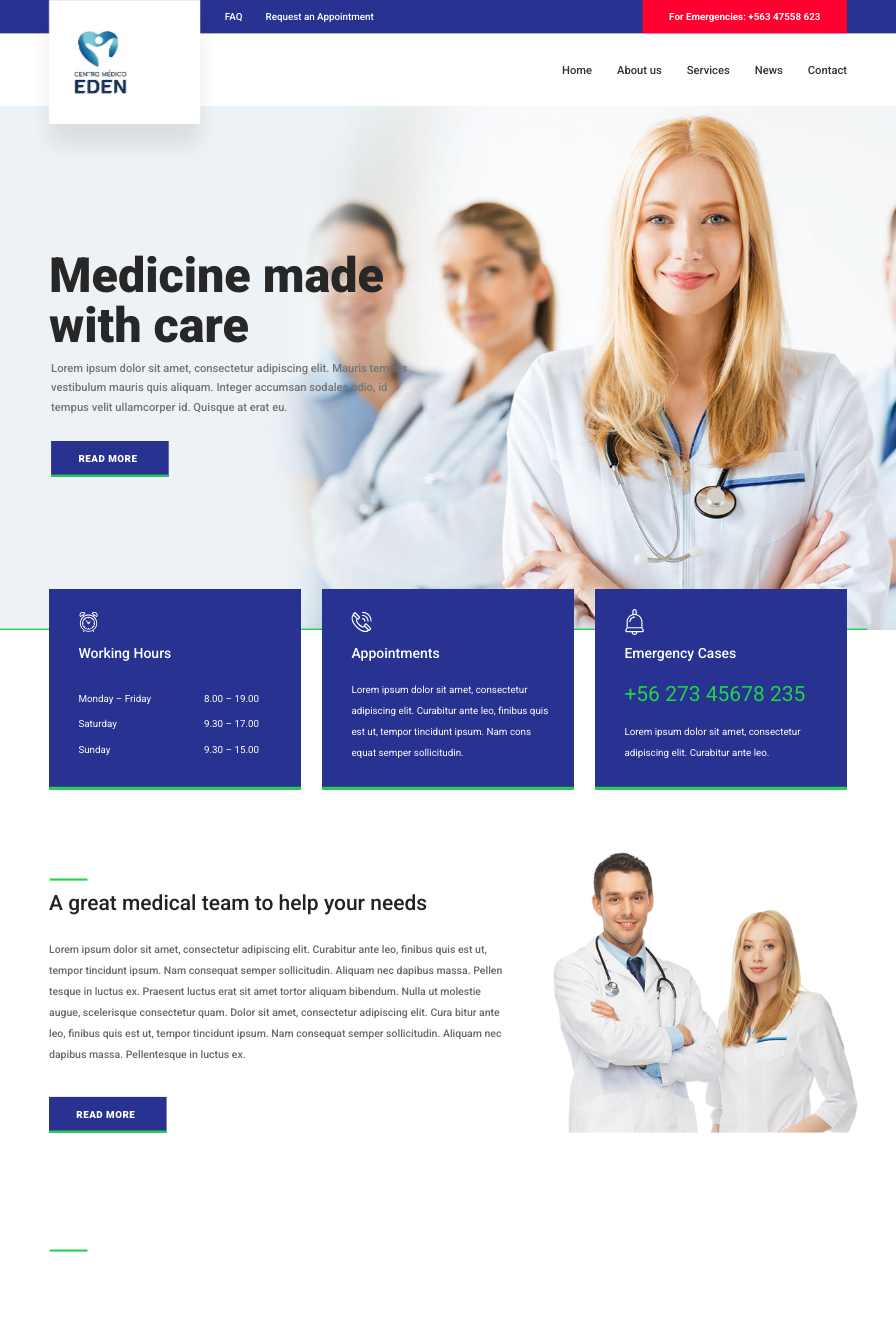
Repository: Nanitamo/centro-medico-eden-webpage
Page: index.html
The author's editor kept a copy of each file at every save. The page is drawn from the files as they stood at one save, then again after the next save.
The browser window is 1280 px wide. The pictures show the part of the page from y = 0 to 1920 px (the page is 4535 px tall), at 70% of full size.

Above is the page before, as saved 2020-06-18 12:56:52.

### index.html
<!DOCTYPE html>
<html lang="en">
<head>
<title>CareMed</title>
<meta charset="utf-8">
<meta http-equiv="X-UA-Compatible" content="IE=edge">
<meta name="description" content="CareMed demo project">
<meta name="viewport" content="width=device-width, initial-scale=1">
<link rel="stylesheet" type="text/css" href="styles/bootstrap4/bootstrap.min.css">
<link href="plugins/font-awesome-4.7.0/css/font-awesome.min.css" rel="stylesheet" type="text/css">
<link rel="stylesheet" type="text/css" href="plugins/OwlCarousel2-2.2.1/owl.carousel.css">
<link rel="stylesheet" type="text/css" href="plugins/OwlCarousel2-2.2.1/owl.theme.default.css">
<link rel="stylesheet" type="text/css" href="plugins/OwlCarousel2-2.2.1/animate.css">
<link rel="stylesheet" type="text/css" href="styles/main_styles.css">
<link rel="stylesheet" type="text/css" href="styles/responsive.css">
</head>
<body>

<div class="super_container">

	<!-- Header -->

	<header class="header trans_200">

		<!-- Top Bar -->
		<div class="top_bar">
			<div class="container">
				<div class="row">
					<div class="col">
						<div class="top_bar_content d-flex flex-row align-items-center justify-content-start">
							<div class="top_bar_item"><a href="#">FAQ</a></div>
							<div class="top_bar_item"><a href="#">Request an Appointment</a></div>
							<div class="emergencies  d-flex flex-row align-items-center justify-content-start ml-auto">For Emergencies: +563 47558 623</div>
						</div>

					</div>
				</div>
			</div>
		</div>

		<!-- Header Content -->
		<div class="header_container">
			<div class="container">
				<div class="row">
					<div class="col">
						<div class="header_content d-flex flex-row align-items-center justify-content-start">
							<nav class="main_nav ml-auto">
								<ul>
									<li><a href="index.html">Home</a></li>
									<li><a href="about.html">About us</a></li>
									<li><a href="services.html">Services</a></li>
									<li><a href="news.html">News</a></li>
									<li><a href="contact.html">Contact</a></li>
								</ul>
							</nav>
							<div class="hamburger ml-auto"><i class="fa fa-bars" aria-hidden="true"></i></div>
						</div>
					</div>
				</div>
			</div>
		</div>

		<!-- Logo -->
		<div class="logo_container_outer">
			<div class="container">
				<div class="row">
					<div class="col">
						<div class="logo_container">
							<a href="#">
								<div class="logo_content d-flex flex-column align-items-start justify-content-center">
									<!-- <div class="logo_line"></div>
									<div class="logo d-flex flex-row align-items-center justify-content-center">
										<div class="logo_text">Care<span>Med</span></div>
										<div class="logo_box">+</div>
									</div>
									<div class="logo_sub">Health Care Center</div> -->
									<img src="./images/logo.jpg" alt="Logotipo" width ="75">
								</div>
							</a>
						</div>
					</div>
				</div>
			</div>
		</div>

	</header>

	<!-- Menu -->

	<div class="menu_container menu_mm">

		<!-- Menu Close Button -->
		<div class="menu_close_container">
			<div class="menu_close"></div>
		</div>

		<!-- Menu Items -->
		<div class="menu_inner menu_mm">
			<div class="menu menu_mm">
				<ul class="menu_list menu_mm">
					<li class="menu_item menu_mm"><a href="index.html">Home</a></li>
					<li class="menu_item menu_mm"><a href="about.html">About us</a></li>
					<li class="menu_item menu_mm"><a href="services.html">Services</a></li>
					<li class="menu_item menu_mm"><a href="news.html">News</a></li>
					<li class="menu_item menu_mm"><a href="contact.html">Contact</a></li>
				</ul>
			</div>
			<div class="menu_extra">
				<div class="menu_appointment"><a href="#">Request an Appointment</a></div>
				<div class="menu_emergencies">For Emergencies: +563 47558 623</div>
			</div>

		</div>

	</div>

	<!-- Home -->

	<div class="home">
		<div class="home_slider_container">
			<!-- Home Slider -->
			<div class="owl-carousel owl-theme home_slider">

				<!-- Slider Item -->
				<div class="owl-item">
					<div class="home_slider_background" style="background-image:url(images/home_background_1.jpg)"></div>
					<div class="home_content">
						<div class="container">
							<div class="row">
								<div class="col">
									<div class="home_content_inner">
										<div class="home_title"><h1>Medicine made with care</h1></div>
										<div class="home_text">
											<p>Lorem ipsum dolor sit amet, consectetur adipiscing elit. Mauris tempus vestibulum mauris quis aliquam. Integer accumsan sodales odio, id tempus velit ullamcorper id. Quisque at erat eu.</p>
										</div>
										<div class="button home_button">
											<a href="#">read more</a>
										</div>
									</div>
								</div>
							</div>
						</div>
					</div>
				</div>

				<!-- Slider Item -->
				<div class="owl-item">
					<div class="home_slider_background" style="background-image:url(images/home_background_1.jpg)"></div>
					<div class="home_content">
						<div class="container">
							<div class="row">
								<div class="col">
									<div class="home_content_inner">
										<div class="home_title"><h1>Medicine made with care</h1></div>
										<div class="home_text">
											<p>Lorem ipsum dolor sit amet, consectetur adipiscing elit. Mauris tempus vestibulum mauris quis aliquam. Integer accumsan sodales odio, id tempus velit ullamcorper id. Quisque at erat eu.</p>
										</div>
										<div class="button home_button">
											<a href="#">read more</a>
										</div>
									</div>
								</div>
							</div>
						</div>
					</div>
				</div>

				<!-- Slider Item -->
				<div class="owl-item">
					<div class="home_slider_background" style="background-image:url(images/home_background_1.jpg)"></div>
					<div class="home_content">
						<div class="container">
							<div class="row">
								<div class="col">
									<div class="home_content_inner">
										<div class="home_title"><h1>Medicine made with care</h1></div>
										<div class="home_text">
											<p>Lorem ipsum dolor sit amet, consectetur adipiscing elit. Mauris tempus vestibulum mauris quis aliquam. Integer accumsan sodales odio, id tempus velit ullamcorper id. Quisque at erat eu.</p>
										</div>
										<div class="button home_button">
											<a href="#">read more</a>
										</div>
									</div>
								</div>
							</div>
						</div>
					</div>
				</div>

			</div>

			<!-- Slider Progress -->
			<div class="home_slider_progress"></div>
		</div>
	</div>

	<!-- 3 Boxes -->

	<div class="boxes">
		<div class="container">
			<div class="row">

				<!-- Box -->
				<div class="col-lg-4 box_col">
					<div class="box working_hours">
						<div class="box_icon d-flex flex-column align-items-start justify-content-center"><div style="width:29px; height:29px;"><img src="images/alarm-clock.svg" alt=""></div></div>
						<div class="box_title">Working Hours</div>
						<div class="working_hours_list">
							<ul>
								<li class="d-flex flex-row align-items-center justify-content-start">
									<div>Monday – Friday</div>
									<div class="ml-auto">8.00 – 19.00</div>
								</li>
								<li class="d-flex flex-row align-items-center justify-content-start">
									<div>Saturday</div>
									<div class="ml-auto">9.30 – 17.00</div>
								</li>
								<li class="d-flex flex-row align-items-center justify-content-start">
									<div>Sunday</div>
									<div class="ml-auto">9.30 – 15.00</div>
								</li>
							</ul>
						</div>
					</div>
				</div>

				<!-- Box -->
				<div class="col-lg-4 box_col">
					<div class="box box_appointments">
						<div class="box_icon d-flex flex-column align-items-start justify-content-center"><div style="width: 29px; height:29px;"><img src="images/phone-call.svg" alt=""></div></div>
						<div class="box_title">Appointments</div>
						<div class="box_text">Lorem ipsum dolor sit amet, consectetur adipiscing elit. Curabitur ante leo, finibus quis est ut, tempor tincidunt ipsum. Nam cons equat semper sollicitudin.</div>
					</div>
				</div>

				<!-- Box -->
				<div class="col-lg-4 box_col">
					<div class="box box_emergency">
						<div class="box_icon d-flex flex-column align-items-start justify-content-center"><div style="width: 37px; height:37px; margin-left:-4px;"><img src="images/bell.svg" alt=""></div></div>
						<div class="box_title">Emergency Cases</div>
						<div class="box_phone">+56 273 45678 235</div>
						<div class="box_emergency_text">Lorem ipsum dolor sit amet, consectetur adipiscing elit. Curabitur ante leo.</div>
					</div>
				</div>

			</div>
		</div>
	</div>

	<!-- About -->

	<div class="about">
		<div class="container">
			<div class="row row-lg-eq-height">

				<!-- About Content -->
				<div class="col-lg-7">
					<div class="about_content">
						<div class="section_title"><h2>A great medical team to help your needs</h2></div>
						<div class="about_text">
							<p>Lorem ipsum dolor sit amet, consectetur adipiscing elit. Curabitur ante leo, finibus quis est ut, tempor tincidunt ipsum. Nam consequat semper sollicitudin. Aliquam nec dapibus massa. Pellen tesque in luctus ex. Praesent luctus erat sit amet tortor aliquam bibendum. Nulla ut molestie augue, scelerisque consectetur quam. Dolor sit amet, consectetur adipiscing elit. Cura bitur ante leo, finibus quis est ut, tempor tincidunt ipsum. Nam consequat semper sollicitudin. Aliquam nec dapibus massa. Pellentesque in luctus ex.</p>
						</div>
						<div class="button about_button">
							<a href="#">read more</a>
						</div>
					</div>
				</div>

				<!-- About Image -->
				<div class="col-lg-5">
					<div class="about_image"><img src="images/about.png" alt=""></div>
				</div>
			</div>
		</div>
	</div>

	<!-- Departments -->

	<div class="departments">
		<div class="departments_background parallax-window" data-parallax="scroll" data-image-src="images/departments.jpg" data-speed="0.8"></div>
		<div class="container">
			<div class="row">
				<div class="col">
					<div class="section_title section_title_light"><h2>Our Medical Departments</h2></div>
				</div>
			</div>
			<div class="row departments_row row-md-eq-height">

				<!-- Department -->
				<div class="col-lg-3 col-md-6 dept_col">
					<div class="dept">
						<div class="dept_image"><img src="images/dept_1.jpg" alt=""></div>
						<div class="dept_content text-center">
							<div class="dept_title">plastic surgery</div>
							<div class="dept_subtitle">Dr. James Smith</div>
						</div>
					</div>
				</div>

				<!-- Department -->
				<div class="col-lg-3 col-md-6 dept_col">
					<div class="dept">
						<div class="dept_image"><img src="images/dept_2.jpg" alt=""></div>
						<div class="dept_content text-center">
							<div class="dept_title">gastroenterology</div>
							<div class="dept_subtitle">Dr. Gunter Roscoe</div>
						</div>
					</div>
				</div>

				<!-- Department -->
				<div class="col-lg-3 col-md-6 dept_col">
					<div class="dept">
						<div class="dept_image"><img src="images/dept_3.jpg" alt=""></div>
						<div class="dept_content text-center">
							<div class="dept_title">dentistry</div>
							<div class="dept_subtitle">Dr. Maria Williams</div>
						</div>
					</div>
				</div>

				<!-- Department -->
				<div class="col-lg-3 col-md-6 dept_col">
					<div class="dept">
						<div class="dept_text">
							<p>Lorem ipsum dolor sit amet, consectetur adipiscing elit. Curabitur ante leo, finibus quis est ut, tempor tincidunt ipsum. Nam consequat semper sollicitudin. Aliquam nec dap ibus massa. Pellen tesque in luctus ex.</p>
						</div>
						<div class="button dept_button"><a href="#">read more</a></div>
					</div>
				</div>
			</div>
		</div>
	</div>

	<!-- Services -->

	<div class="services">
		<div class="container">
			<div class="row">
				<div class="col">
					<div class="section_title"><h2>Our Featured Services</h2></div>
				</div>
			</div>
			<div class="row services_row">

				<!-- Service -->
				<div class="col-lg-4 col-md-6 service_col">
					<a href="services.html">
						<div class="service text-center trans_200">
							<div class="service_icon"><img class="svg" src="images/service_1.svg" alt=""></div>
							<div class="service_title trans_200">Free Checkups</div>
							<div class="service_text">
								<p>Lorem ipsum dolor sit amet, consectetur adipiscing elit. Curabitur ante leo, finibus quis est ut, tempor tincidunt ipsum. Nam consequat semper sollicitudin.</p>
							</div>
						</div>
					</a>
				</div>

				<!-- Service -->
				<div class="col-lg-4 col-md-6 service_col">
					<a href="services.html">
						<div class="service text-center trans_200">
							<div class="service_icon"><img class="svg" src="images/service_2.svg" alt=""></div>
							<div class="service_title trans_200">Screening Exams</div>
							<div class="service_text">
								<p>Lorem ipsum dolor sit amet, consectetur adipiscing elit. Curabitur ante leo, finibus quis est ut, tempor tincidunt ipsum. Nam consequat semper sollicitudin.</p>
							</div>
						</div>
					</a>
				</div>

				<!-- Service -->
				<div class="col-lg-4 col-md-6 service_col">
					<a href="services.html">
						<div class="service text-center trans_200">
							<div class="service_icon"><img class="svg" src="images/service_3.svg" alt=""></div>
							<div class="service_title trans_200">RMI Services</div>
							<div class="service_text">
								<p>Lorem ipsum dolor sit amet, consectetur adipiscing elit. Curabitur ante leo, finibus quis est ut, tempor tincidunt ipsum. Nam consequat semper sollicitudin.</p>
							</div>
						</div>
					</a>
				</div>

				<!-- Service -->
				<div class="col-lg-4 col-md-6 service_col">
					<a href="services.html">
						<div class="service text-center trans_200">
							<div class="service_icon"><img class="svg" src="images/service_4.svg" alt=""></div>
							<div class="service_title trans_200">Dentistry</div>
							<div class="service_text">
								<p>Lorem ipsum dolor sit amet, consectetur adipiscing elit. Curabitur ante leo, finibus quis est ut, tempor tincidunt ipsum. Nam consequat semper sollicitudin.</p>
							</div>
						</div>
					</a>
				</div>

				<!-- Service -->
				<div class="col-lg-4 col-md-6 service_col">
					<a href="services.html">
						<div class="service text-center trans_200">
							<div class="service_icon"><img class="svg" src="images/service_5.svg" alt=""></div>
							<div class="service_title trans_200">Neonatology</div>
							<div class="service_text">
								<p>Lorem ipsum dolor sit amet, consectetur adipiscing elit. Curabitur ante leo, finibus quis est ut, tempor tincidunt ipsum. Nam consequat semper sollicitudin.</p>
							</div>
						</div>
					</a>
				</div>

				<!-- Service -->
				<div class="col-lg-4 col-md-6 service_col">
					<a href="services.html">
						<div class="service text-center trans_200">
							<div class="service_icon"><img class="svg" src="images/service_6.svg" alt=""></div>
							<div class="service_title trans_200">Biochemistry</div>
							<div class="service_text">
								<p>Lorem ipsum dolor sit amet, consectetur adipiscing elit. Curabitur ante leo, finibus quis est ut, tempor tincidunt ipsum. Nam consequat semper sollicitudin.</p>
							</div>
						</div>
					</a>
				</div>
			</div>
		</div>
	</div>

	<!-- Call to action -->

	<div class="cta">
		<div class="cta_background parallax-window" data-parallax="scroll" data-image-src="images/cta.jpg" data-speed="0.8"></div>
		<div class="container">
			<div class="row">
				<div class="col">
					<div class="cta_content text-center">
						<h2>Need a personal health plan?</h2>
						<p>Duis massa massa, mollis vel ullamcorper quis, finibus et urna. Aliquam ac eleifend metus. Ut sollicitudin risus ex</p>
						<div class="button cta_button"><a href="#">request a plan</a></div>
					</div>
				</div>
			</div>
		</div>
	</div>

	<!-- Footer -->

	<footer class="footer">
		<div class="footer_container">
			<div class="container">
				<div class="row">

					<!-- Footer - About -->
					<div class="col-lg-4 footer_col">
						<div class="footer_about">
							<div class="footer_logo_container">
								<a href="#" class="d-flex flex-column align-items-center justify-content-center">
									<div class="logo_content">
										<div class="logo d-flex flex-row align-items-center justify-content-center">
											<div class="logo_text">Care<span>Med</span></div>
											<div class="logo_box">+</div>
										</div>
										<div class="logo_sub">Health Care Center</div>
									</div>
								</a>
							</div>
							<div class="footer_about_text">
								<p>Lorem ipsum dolor sit amet, conse ctetur adipiscing elit. Curabitur ante leo, finibus quis est ut, tempor tincidunt ipsum.</p>
							</div>
							<ul class="footer_about_list">
								<li><div class="footer_about_icon"><img src="images/phone-call.svg" alt=""></div><span>+45 677 8993000 223</span></li>
								<li><div class="footer_about_icon"><img src="images/envelope.svg" alt=""></div><span>office@template.com</span></li>
								<li><div class="footer_about_icon"><img src="images/placeholder.svg" alt=""></div><span>Main Str. no 45-46, b3, 56832, Los Angeles, CA</span></li>
							</ul>
						</div>
					</div>

					<!-- Footer - Links -->
					<div class="col-lg-4 footer_col">
						<div class="footer_links footer_column">
							<div class="footer_title">Useful Links</div>
							<ul>
								<li><a href="#">Testimonials</a></li>
								<li><a href="#">FAQ</a></li>
								<li><a href="#">Apply for a Job</a></li>
								<li><a href="#">Terms & Conditions</a></li>
								<li><a href="#">Our Partners</a></li>
								<li><a href="#">Services</a></li>
								<li><a href="#">Free services</a></li>
								<li><a href="#">About us</a></li>
								<li><a href="#">News</a></li>
								<li><a href="#">Contact</a></li>
								<li><a href="#">Our Screening Program</a></li>
								<li><a href="#">FAQ</a></li>
							</ul>
						</div>
					</div>

					<!-- Footer - News -->
					<div class="col-lg-4 footer_col">
						<div class="footer_news footer_column">
							<div class="footer_title">Useful Links</div>
							<ul>
								<li>
									<div class="footer_news_title"><a href="news.html">Aliquam ac eleifend metus</a></div>
									<div class="footer_news_date">March 10, 2018</div>
								</li>
								<li>
									<div class="footer_news_title"><a href="news.html">Donec in libero sit amet mi vulputate</a></div>
									<div class="footer_news_date">March 10, 2018</div>
								</li>
								<li>
									<div class="footer_news_title"><a href="news.html">Aliquam ac eleifend metus</a></div>
									<div class="footer_news_date">March 10, 2018</div>
								</li>
							</ul>
						</div>
					</div>
				</div>
			</div>
		</div>
		<div class="copyright">
			<div class="container">
				<div class="row">
					<div class="col">
						<div class="copyright_content d-flex flex-lg-row flex-column align-items-lg-center justify-content-start">
							<div class="cr"><!-- Link back to Colorlib can't be removed. Template is licensed under CC BY 3.0. -->
Copyright &copy;<script>document.write(new Date().getFullYear());</script> All rights reserved | This template is made with <i class="fa fa-heart-o" aria-hidden="true"></i> by <a href="https://colorlib.com" target="_blank">Colorlib</a>
<!-- Link back to Colorlib can't be removed. Template is licensed under CC BY 3.0. --></div>
							<div class="footer_social ml-lg-auto">
								<ul>
									<li><a href="#"><i class="fa fa-pinterest" aria-hidden="true"></i></a></li>
									<li><a href="#"><i class="fa fa-facebook" aria-hidden="true"></i></a></li>
									<li><a href="#"><i class="fa fa-twitter" aria-hidden="true"></i></a></li>
									<li><a href="#"><i class="fa fa-dribbble" aria-hidden="true"></i></a></li>
									<li><a href="#"><i class="fa fa-behance" aria-hidden="true"></i></a></li>
									<li><a href="#"><i class="fa fa-linkedin" aria-hidden="true"></i></a></li>
								</ul>
							</div>
						</div>
					</div>
				</div>
			</div>
		</div>
	</footer>
</div>

<script src="js/jquery-3.2.1.min.js"></script>
<script src="styles/bootstrap4/popper.js"></script>
<script src="styles/bootstrap4/bootstrap.min.js"></script>
<script src="plugins/OwlCarousel2-2.2.1/owl.carousel.js"></script>
<script src="plugins/easing/easing.js"></script>
<script src="plugins/parallax-js-master/parallax.min.js"></script>
<script src="js/custom.js"></script>
</body>
</html>

Loaded but not shown: styles/bootstrap4/bootstrap.min.css (library); plugins/font-awesome-4.7.0/css/font-awesome.min.css (library); plugins/OwlCarousel2-2.2.1/owl.carousel.css (library); plugins/OwlCarousel2-2.2.1/owl.theme.default.css (common file); plugins/OwlCarousel2-2.2.1/animate.css (library); js/jquery-3.2.1.min.js (library); styles/bootstrap4/popper.js (library); styles/bootstrap4/bootstrap.min.js (library); plugins/OwlCarousel2-2.2.1/owl.carousel.js (library); plugins/easing/easing.js (library); plugins/parallax-js-master/parallax.min.js (library); js/custom.js (204 lines, source omitted); styles/main_styles.css (1310 lines, source omitted); styles/responsive.css (427 lines, source omitted)

After the next save:
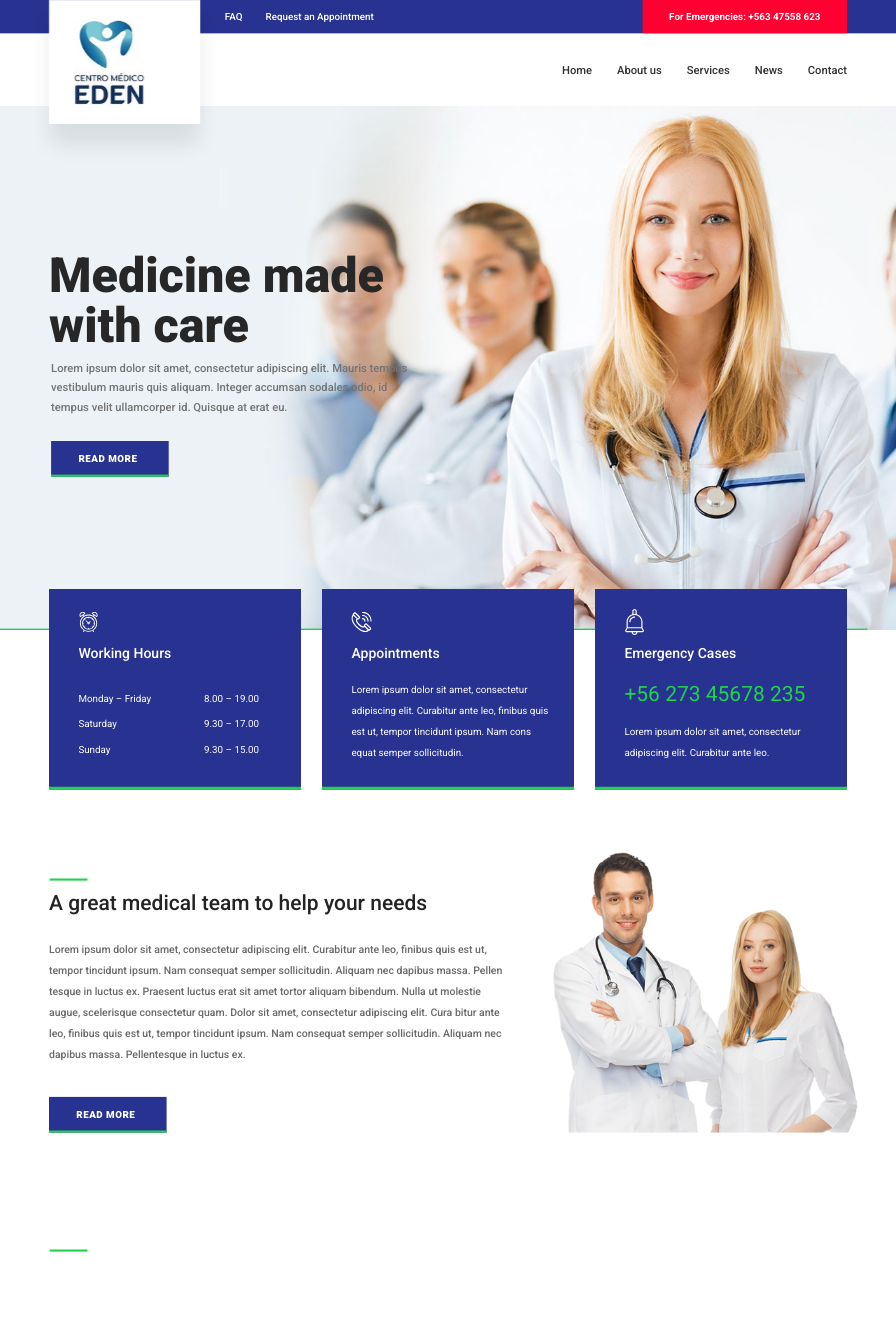
Saved 44 s later.
--- a/index.html
+++ b/index.html
@@ -74,7 +74,7 @@
 										<div class="logo_box">+</div>
 									</div>
 									<div class="logo_sub">Health Care Center</div> -->
-									<img src="./images/logo.jpg" alt="Logotipo" width ="75">
+									<img src="./images/logo.jpg" alt="Logotipo" width ="">
 								</div>
 							</a>
 						</div>
